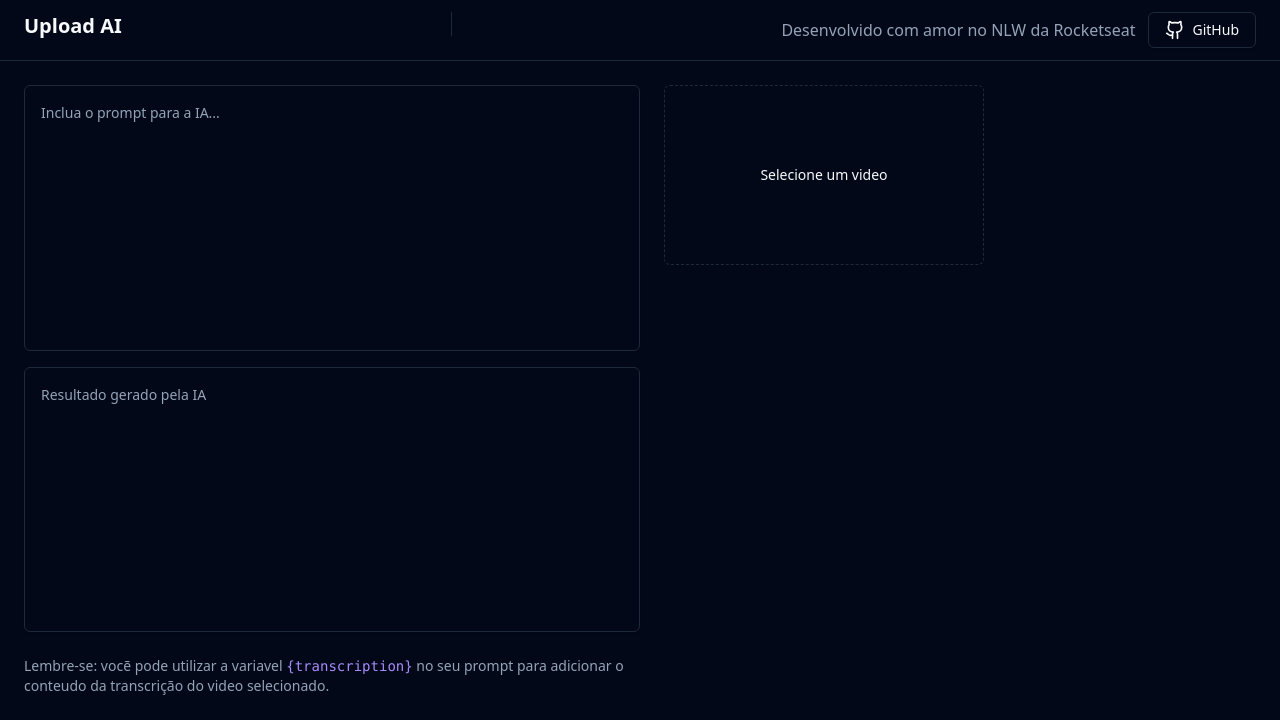
Repository: brksaian/nlw-2023-IA
Page: /
The author's editor kept a copy of each file at every save. The page is drawn from the files as they stood at one save, then again after the next save.
The browser window is 1280 px wide. The pictures show the whole page.
The project was rebuilt for these pictures with package versions that can differ from the ones it lists, and the page was loaded fresh each time. Also part of the build but not shown: vite.config.ts.

Above is the page before, as saved 2023-09-12 22:27:07.

After the next save:
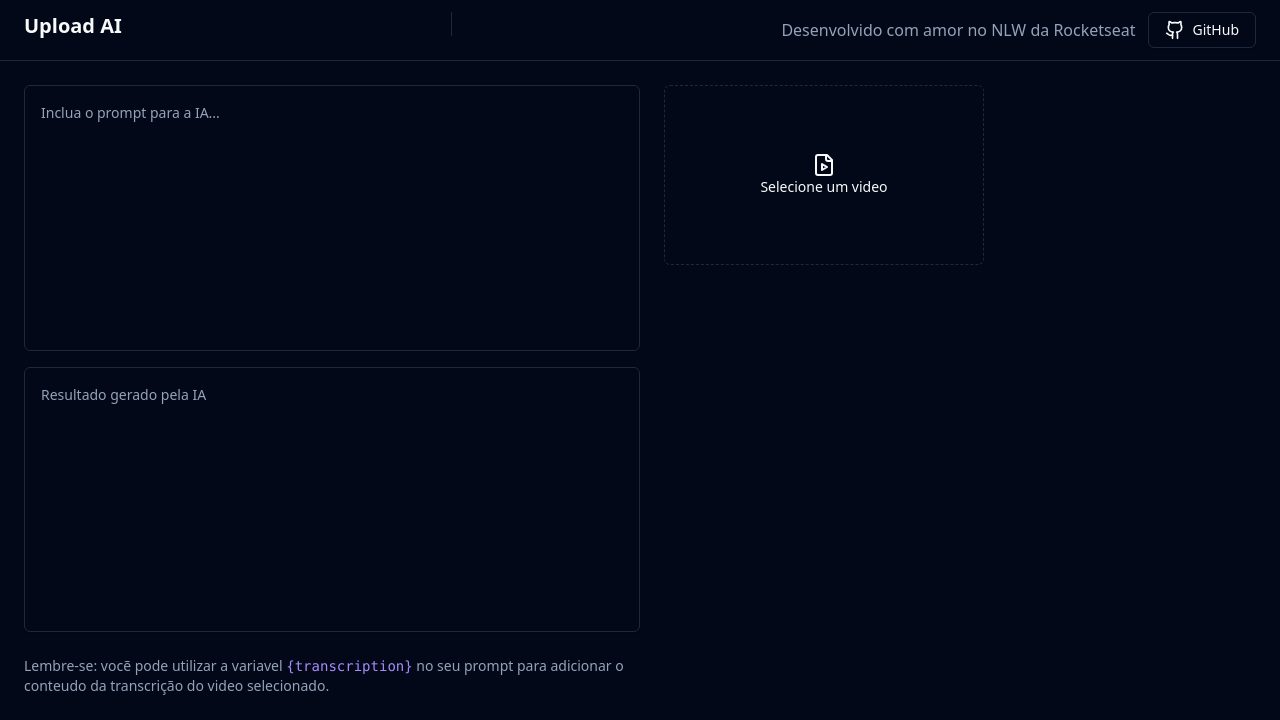
Saved 37 s later.
--- a/src/App.tsx
+++ b/src/App.tsx
@@ -1,5 +1,5 @@
 import { Button } from "./components/ui/button";
-import { Github } from "lucide-react";
+import { Github, FileVideo } from "lucide-react";
 import { Separator } from "./components/ui/separator";
 import { Textarea } from "./components/ui/textarea";
 
@@ -47,6 +47,7 @@ export function App() {
               htmlFor="video"
               className="border flex rounded-md aspect-video cursor-pointer border-dashed text-sm flex-col items-center justify-center texte-muted-foreground hover:bg-primary/5"
             >
+              <FileVideo />
               Selecione um video
             </label>
             <input
